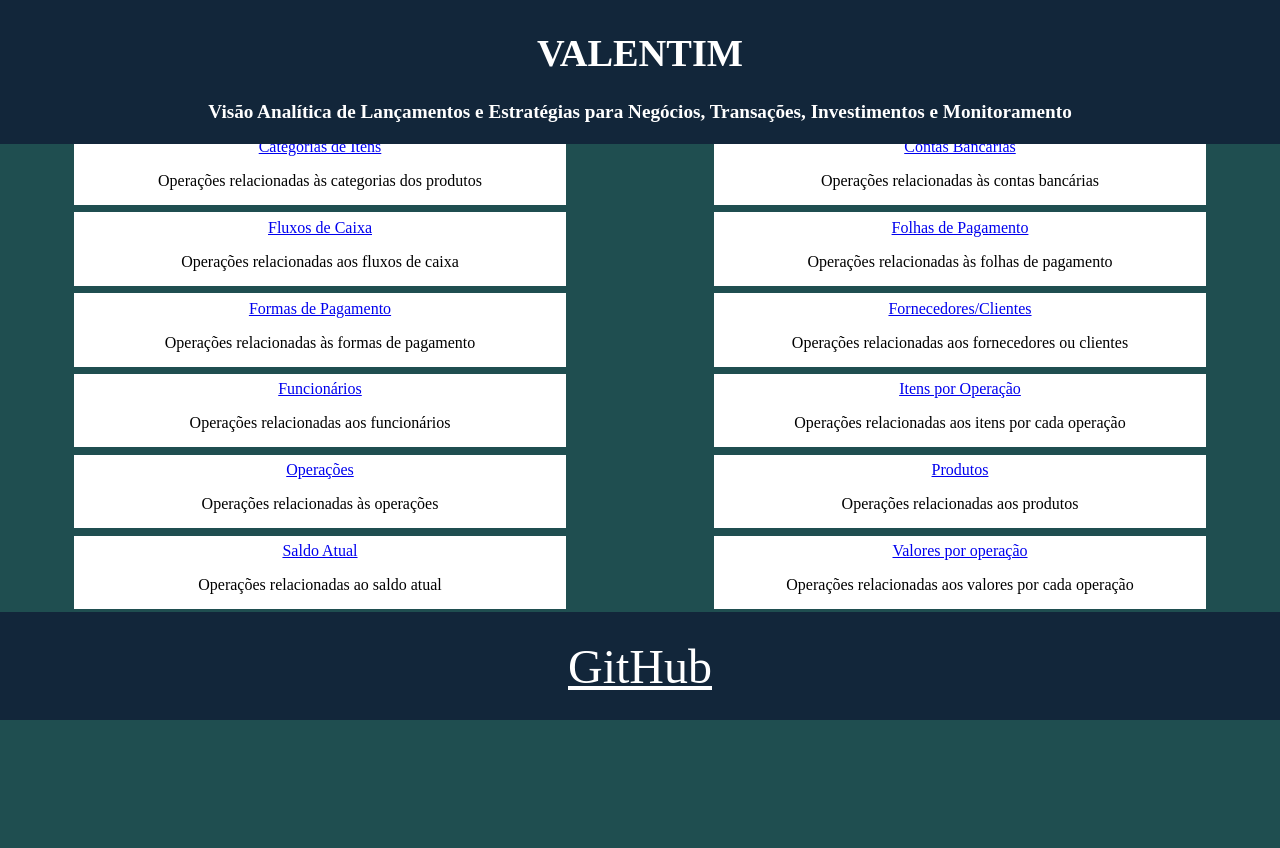
Repository: Matheus-Lacerda009/ERP-Financeiro
Page: Front/menu/menu.html
An editor plug-in stored every save of this project. The page is shown before and after the next save, followed by the edit.
The browser window is 1280 px wide. The pictures show the whole page.

Above is the page before, as saved 2026-07-13 19:03:54.

### Front/menu/menu.html
<!DOCTYPE html>
<html lang="en">
<head>
    <meta charset="UTF-8">
    <meta name="viewport" content="wclassth=device-wclassth, initial-scale=1.0">
    <link rel="stylesheet" href="menu.css">
    <title>Document</title>
</head>
<body>
    <header>
        <h1>VALENTIM</h1>
        <h2>Visão Analítica de Lançamentos e Estratégias para Negócios, Transações, Investimentos e Monitoramento</h2>
    </header>
    <main>
        <div id="espaço"></div>
        <div class="container">
            <div class="divEntidades">
                <a href="../categoria_item/categoria_item.html">Categorias de Itens</a>
                <p>Operações relacionadas às categorias dos produtos</p>
            </div>
            <div class="divEntidades">
                <a href="../conta_bancaria/conta_bancaria.html">Contas Bancárias</a>
                <p>Operações relacionadas às contas bancárias</p>
            </div>
            <div class="divEntidades">
                <a href="../fluxo_caixa/fluxo_caixa.html">Fluxos de Caixa</a>
                <p>Operações relacionadas aos fluxos de caixa</p>
            </div>
            <div class="divEntidades">
                <a href="../folha_pagamento/folha_pagamento.html">Folhas de Pagamento</a>
                <p>Operações relacionadas às folhas de pagamento</p>
            </div>
            <div class="divEntidades">
                <a href="../forma_pagamento/forma_pagamento.html">Formas de Pagamento</a>
                <p>Operações relacionadas às formas de pagamento</p>
            </div>
            <div class="divEntidades">
                <a href="../fornecedor_cliente/fornecedor_cliente.html">Fornecedores/Clientes</a>
                <p>Operações relacionadas aos fornecedores ou clientes</p>
            </div>
            <div class="divEntidades">
                <a href="../funcionario/funcionario.html">Funcionários</a>
                <p>Operações relacionadas aos funcionários</p>
            </div>
            <div class="divEntidades">
                <a href="../itens_operacao/itens_operacao.html">Itens por Operação</a>
                <p>Operações relacionadas aos itens por cada operação</p>
            </div>
            <div class="divEntidades">
                <a href="../operacao/operacao.html">Operações</a>
                <p>Operações relacionadas às operações</p>
            </div>
            <div class="divEntidades">
                <a href="../produtos/produtos.html">Produtos</a>
                <p>Operações relacionadas aos produtos</p>
            </div>
            <div class="divEntidades">
                <a href="../saldoAtual/saldoAtual.html">Saldo Atual</a>
                <p>Operações relacionadas ao saldo atual</p>
            </div>
            <div class="divEntidades">
                <a href="../valor_pVenda/valor_pVenda.html">Valores por operação</a>
                <p>Operações relacionadas aos valores por cada operação</p>
            </div>
            <div class="divEntidades">
                <a href="../valor_salario/valor_salario.html">Salários</a>
                <p>Operações relacionadas aos salários</p>
            </div>
            <div class="divEntidades">
                <a href="../notaFiscal/nota_fiscal.html">Notas Fiscais</a>
                <p>Operações relacionadas às notas fiscais</p>
            </div>
        </div>
    </main>
    <footer>
        <a href="https://github.com/Matheus-Lacerda009/ERP-Financeiro.git" id="github">GitHub</a>
    </footer>
</body>
</html>

### Front/menu/menu.css
body{
    overflow: hidden;
}
header{
    position: fixed;
    top: 0;
    left: 0;
    width: 100%;
    height: 20%;
    background-color: #12263A;
    z-index: 1;
    text-align: center;
    align-content: center;
}

footer{
    position: fixed;
    bottom: 0;
    left: 0;
    width: 100%;
    height: 15%;
    background-color: #12263A;
    text-align: center;
    align-content: center;
}

#github{
    color: white;
    font-size: 300%;
}

header, h1{
    font-size: 300%;
    color: white;
    font-size: 3vw;
}

header, h2{
    color: white;
    font-size: 1.5vw;
}

body{
    margin: 0;
    padding: 0;
    background-color: #1f4e50;
}

.container{
    margin-top: 10%;
    height: 100vh;
    width: 100%;
    box-sizing: border-box;
    display: grid;
    grid-template-columns: repeat(2, 7fr);
    align-content: start;
}

.divEntidades{
    height: 75%;
    width: 75%;
    background-color: white;
    text-align: center;
    padding: 1%;
    margin: auto;
}

After the next save:
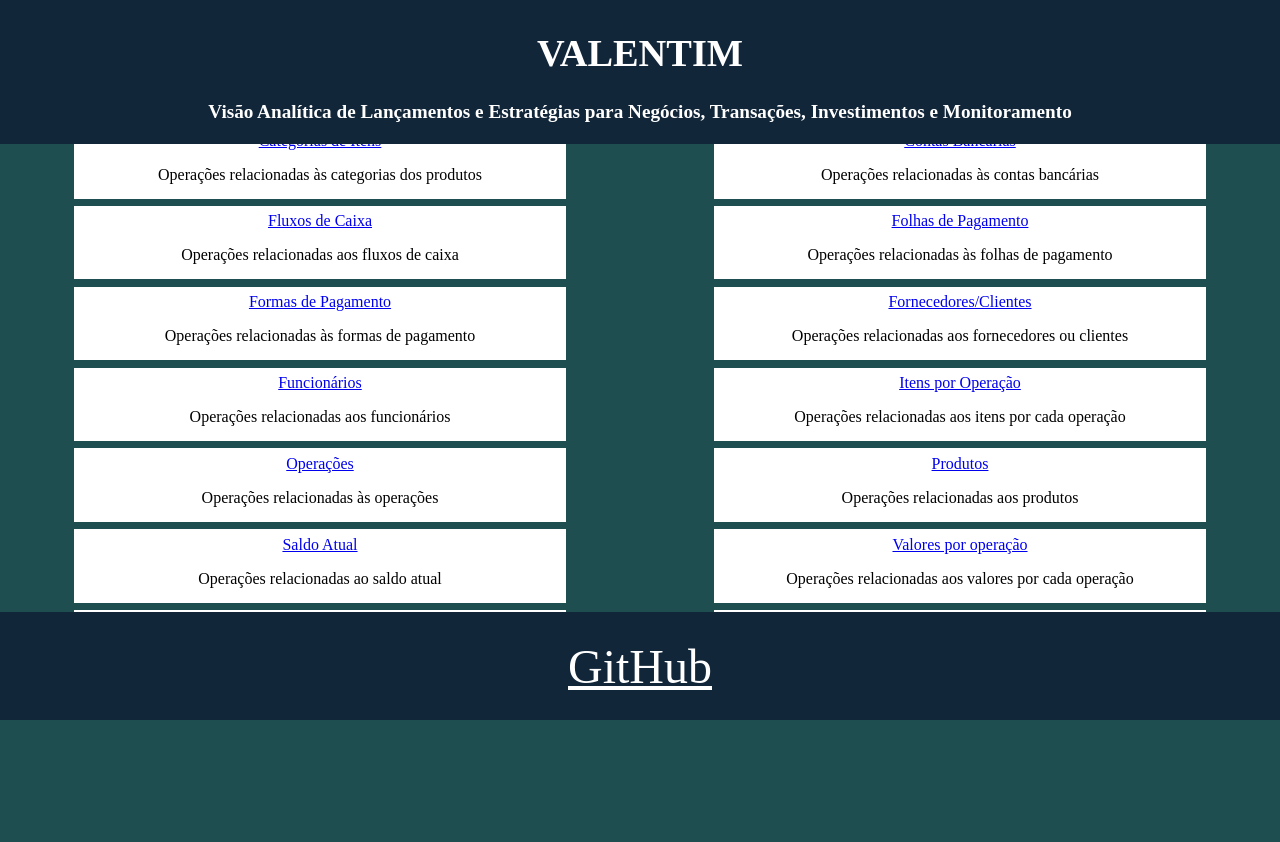
Saved 21 s later.
--- a/Front/menu/menu.css
+++ b/Front/menu/menu.css
@@ -47,7 +47,7 @@ body{
 }
 
 .container{
-    margin-top: 10%;
+    margin-top: 9.5%;
     height: 100vh;
     width: 100%;
     box-sizing: border-box;
